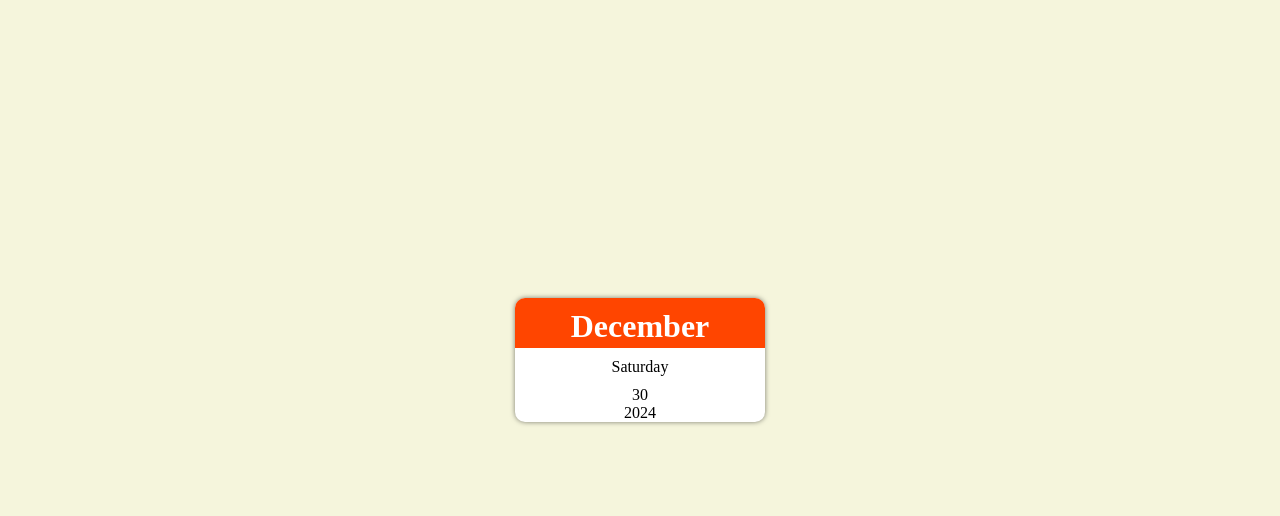
Repository: JunaidAnsari202/Mini-Calender
Page: index.html
These files come from the project's save history. The page is drawn as it stood at one moment and after a run of saves; the edit follows.
The browser window is 1280 px wide. The pictures show the whole page.

Above is the page before, as saved 2024-11-10 11:48:48.

### index.html
<!DOCTYPE html>
<html lang="en">
<head>
    <meta charset="UTF-8">
    <meta name="viewport" content="width=device-width, initial-scale=1.0">
    <title>Mini Calender</title>
    <link rel="stylesheet" href="style.css">
</head>
<body>
   <div class="container">
    <div class="month">December</div>
    <div class="weekday">Saturday</div>
    <div class="day">30</div>
    <div class="year">2024</div>

</div>

    <script src="script.js"></script>
</body>
</html>

### style.css
*{
    margin: 0;
    padding: 0;
    box-sizing: border-box;
}

body{
    background-color: beige;
    display: flex;
    justify-content: center;
    align-items: center;
    height: 100vh;
}

.container{
    width: 250px;
    background-color: white;
    border-radius: 10px;
    box-shadow: 0 0 5px 0 rgba(0,0,0,0.5);
    text-align: center;
    border: none;
}

.month{
    background-color: orangered;
    height: 50px;
    font-size: 2rem;
    font-weight: bold;
    color: white;
    padding: 10px;
    margin-bottom: 10px;
    border-radius: 10px 10px 0 0;

}

.weekday{
    margin-bottom: 10px;
}

.day{

}

Loaded but not shown: script.js (no copy from this time; the picture is the same without it)

After the next 7 saves:
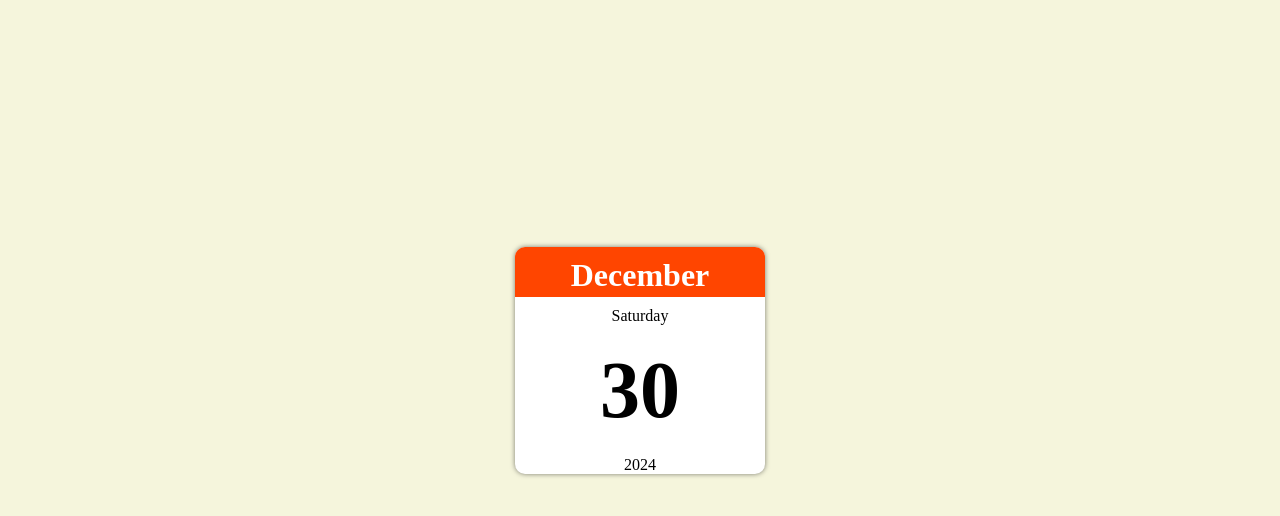
The 7 saves are shown as one change because they came seconds apart.
The last was saved 17 s later.
--- a/style.css
+++ b/style.css
@@ -38,5 +38,10 @@
 }
 
 .day{
+    font-size: 5rem;
+    font-weight: bold;
+    padding: 10px;
+    margin-bottom: 10px;
+    border-radius: 10px 10px 0 0;
 
 }
